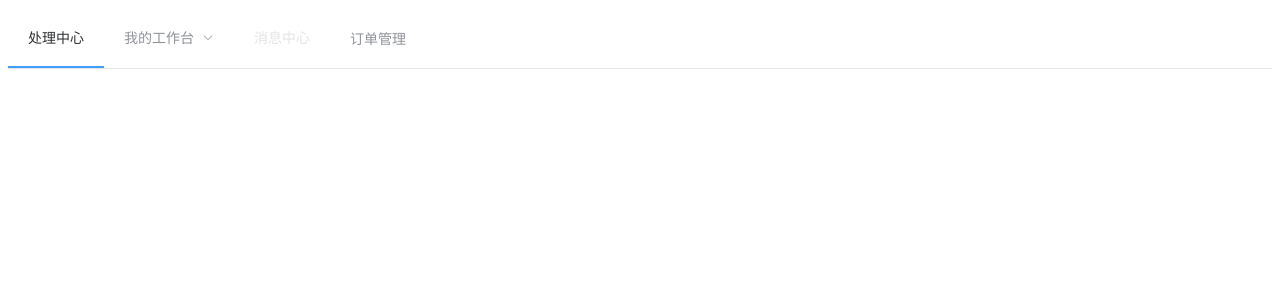
Repository: faintout/BHMQTTSendTool
Page: /
An editor plug-in stored every save of this project. The page is shown before and after the next save, followed by the edit.
The browser window is 1280 px wide. The pictures show the whole page.
The project was rebuilt for these pictures with package versions that can differ from the ones it lists, and the page was loaded fresh each time. Also part of the build but not shown: vue.config.js, src/views/MqttSendTool.vue, src/views/MovingInfoShow.vue.

Above is the page before, as saved 2020-09-03 14:01:00.

After the next save:
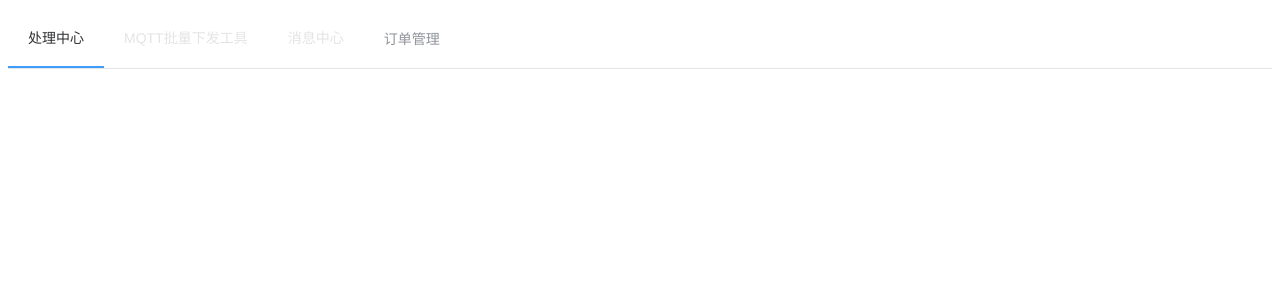
Saved 61 s later.
--- a/src/views/layout.vue
+++ b/src/views/layout.vue
@@ -2,18 +2,7 @@
     <div>
         <el-menu :default-active="activeIndex" class="el-menu-demo" mode="horizontal" @select="handleSelect">
             <el-menu-item index="1">处理中心</el-menu-item>
-            <el-submenu index="2">
-                <template slot="title">我的工作台</template>
-                <el-menu-item index="2-1">选项1</el-menu-item>
-                <el-menu-item index="2-2">选项2</el-menu-item>
-                <el-menu-item index="2-3">选项3</el-menu-item>
-                <el-submenu index="2-4">
-                    <template slot="title">选项4</template>
-                    <el-menu-item index="2-4-1">选项1</el-menu-item>
-                    <el-menu-item index="2-4-2">选项2</el-menu-item>
-                    <el-menu-item index="2-4-3">选项3</el-menu-item>
-                </el-submenu>
-            </el-submenu>
+            <el-menu-item index="2" disabled>MQTT批量下发工具</el-menu-item>
             <el-menu-item index="3" disabled>消息中心</el-menu-item>
             <el-menu-item index="4"><a href="https://www.ele.me" target="_blank">订单管理</a></el-menu-item>
         </el-menu>
